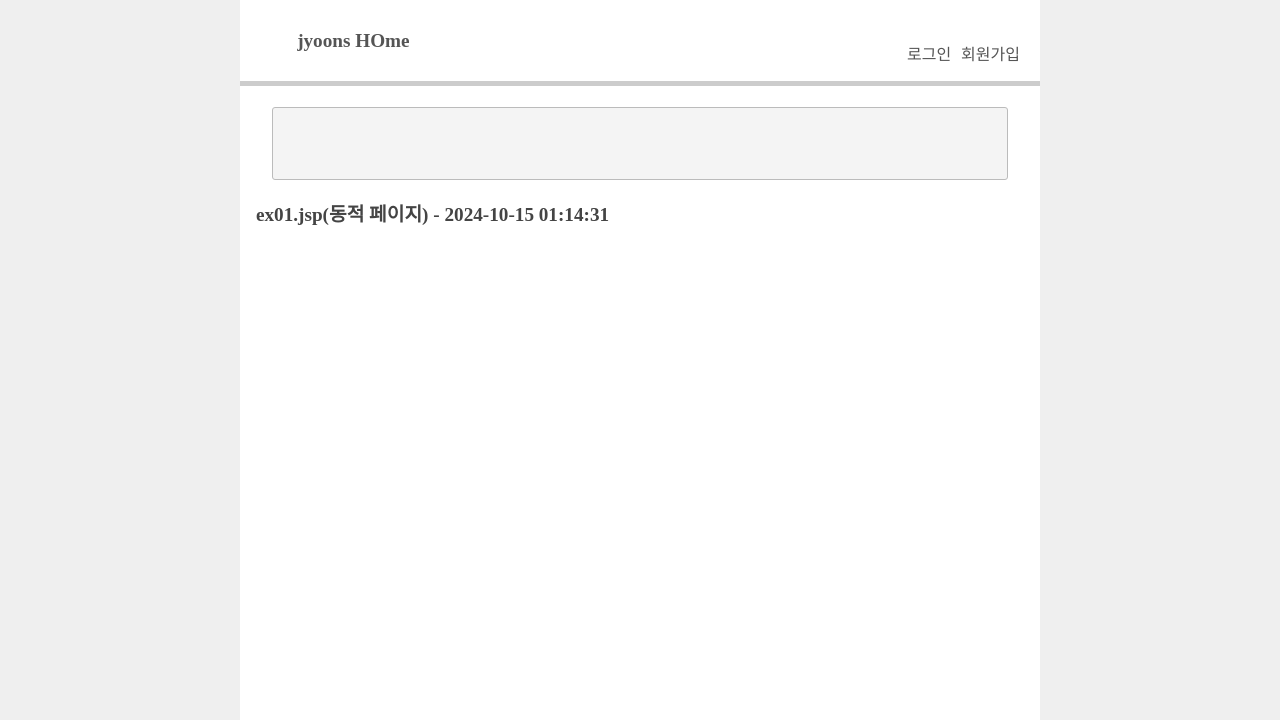
Repository: jyoons00/JSP-sample
Page: http://localhost/jspPro/days01/ex01.jsp
An editor plug-in stored every save of this project. The page is shown before and after the next save, followed by the edit.
The browser window is 1280 px wide. The pictures show the whole page.
Some web fonts or font styles are not loaded; a fallback is used. The page is served by Tomcat 9.

Above is the page before, as saved 2024-10-15 02:44:19.

After the next save:
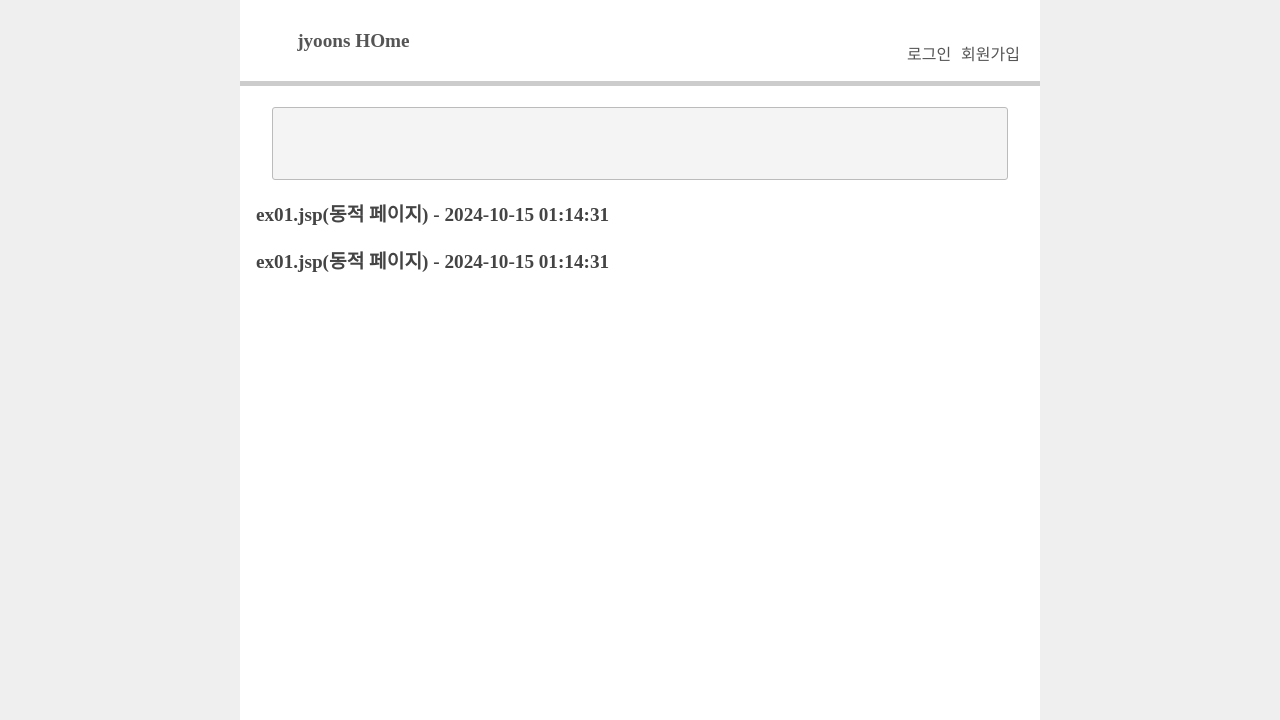
Saved 102 s later.
--- a/jspPro/src/main/webapp/days01/ex01.jsp
+++ b/jspPro/src/main/webapp/days01/ex01.jsp
@@ -52,6 +52,7 @@
   	  </xmp>
 
   	    <h3>ex01.jsp(동적 페이지) - <%= strNow %></h3>
+  	    <h3>ex01.jsp(동적 페이지) - <%= strNow %></h3>
     </div>
 
   </body>
